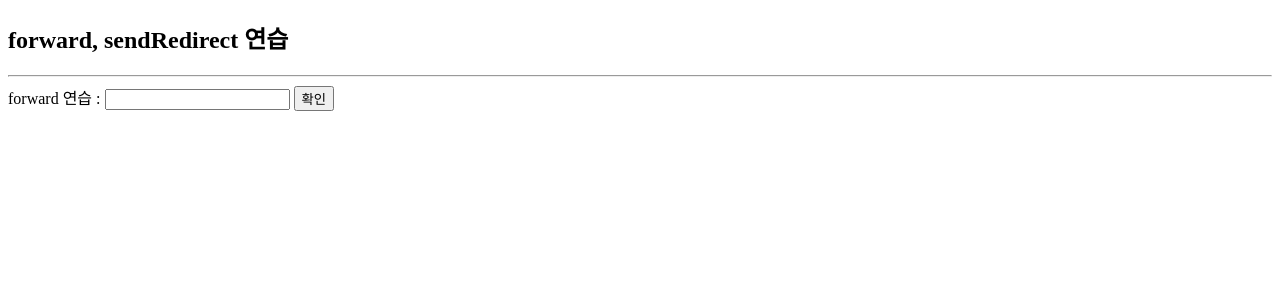
Repository: p2terkim/servletWork
Page: http://localhost/servletTest/basic/02/responseTest.jsp
An editor plug-in stored every save of this project. The page is shown before and after the next save, followed by the edit.
The browser window is 1280 px wide. The pictures show the whole page.
The page is served by Tomcat 9.

Above is the page before, as saved 2021-05-17 04:37:02.

After the next save:
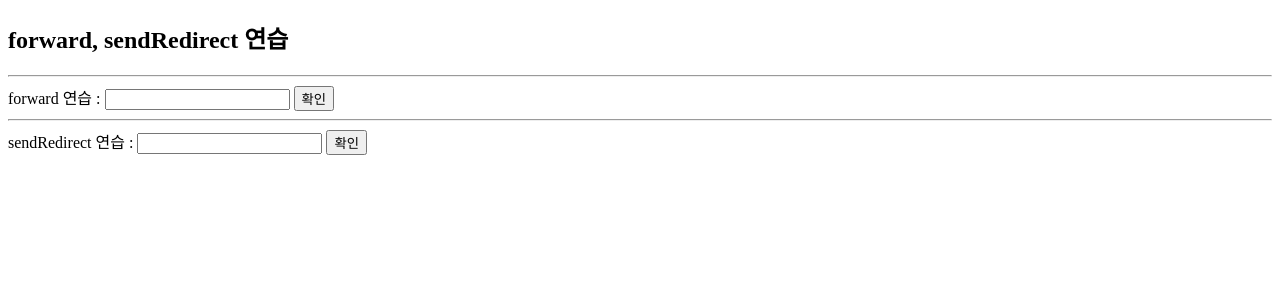
Saved 91 s later.
--- a/servletTest/WebContent/basic/02/responseTest.jsp
+++ b/servletTest/WebContent/basic/02/responseTest.jsp
@@ -13,5 +13,11 @@
 	forward 연습 : <input type="text" name = "username">
 	<input type = "submit" value = "확인">
 </form>
+<hr>
+
+<form method = "post" action="">
+	sendRedirect 연습 : <input type="text" name = "username">
+	<input type="submit" value="확인">
+</form>
 </body>
 </html>
